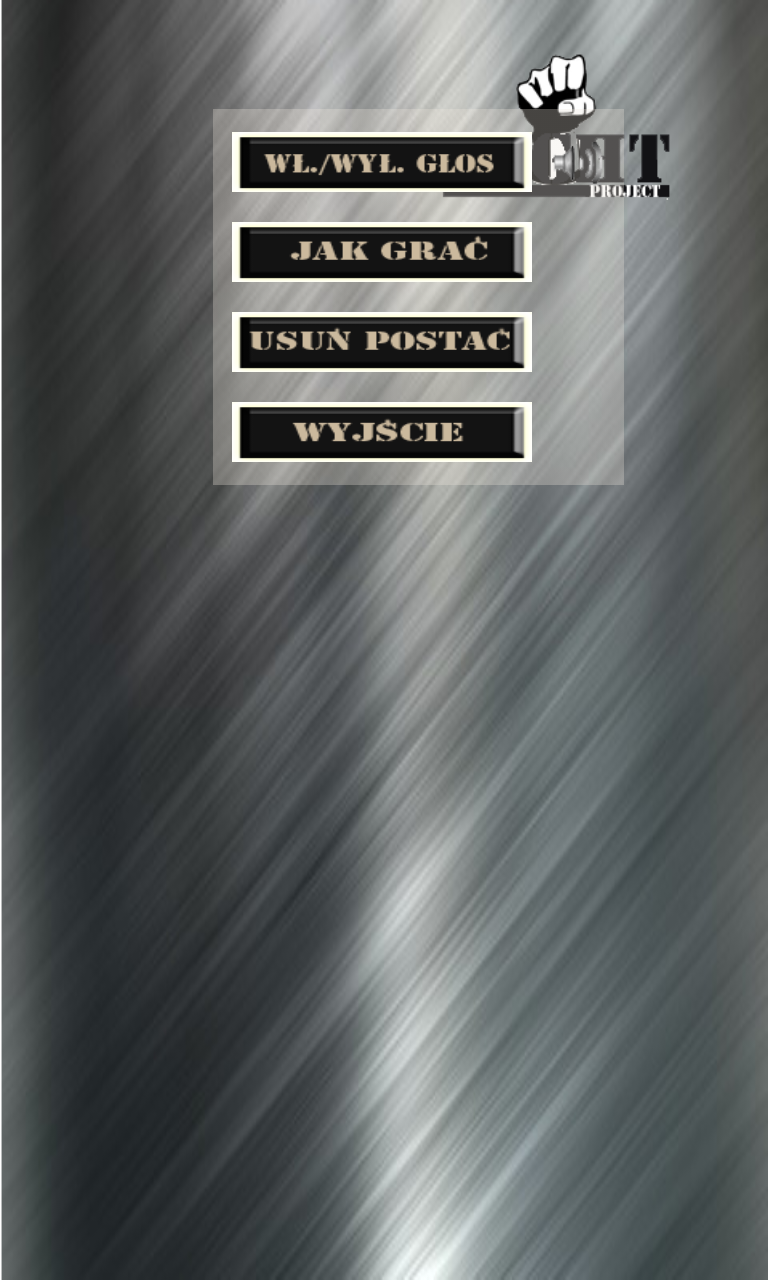
Repository: KrzysztofWolinski/WiesFight_Project
Layout: WiesFight/res/layout/activity_settings.xml
An editor plug-in stored every save of this project. The layout is shown before and after the next save, followed by the edit.
It is drawn on a 768 x 1280 px phone screen (xhdpi) without system bars, with theme AppTheme; the app's code is not run.

Above is the layout before, as saved 2014-11-13 09:25:28.

After the next save:
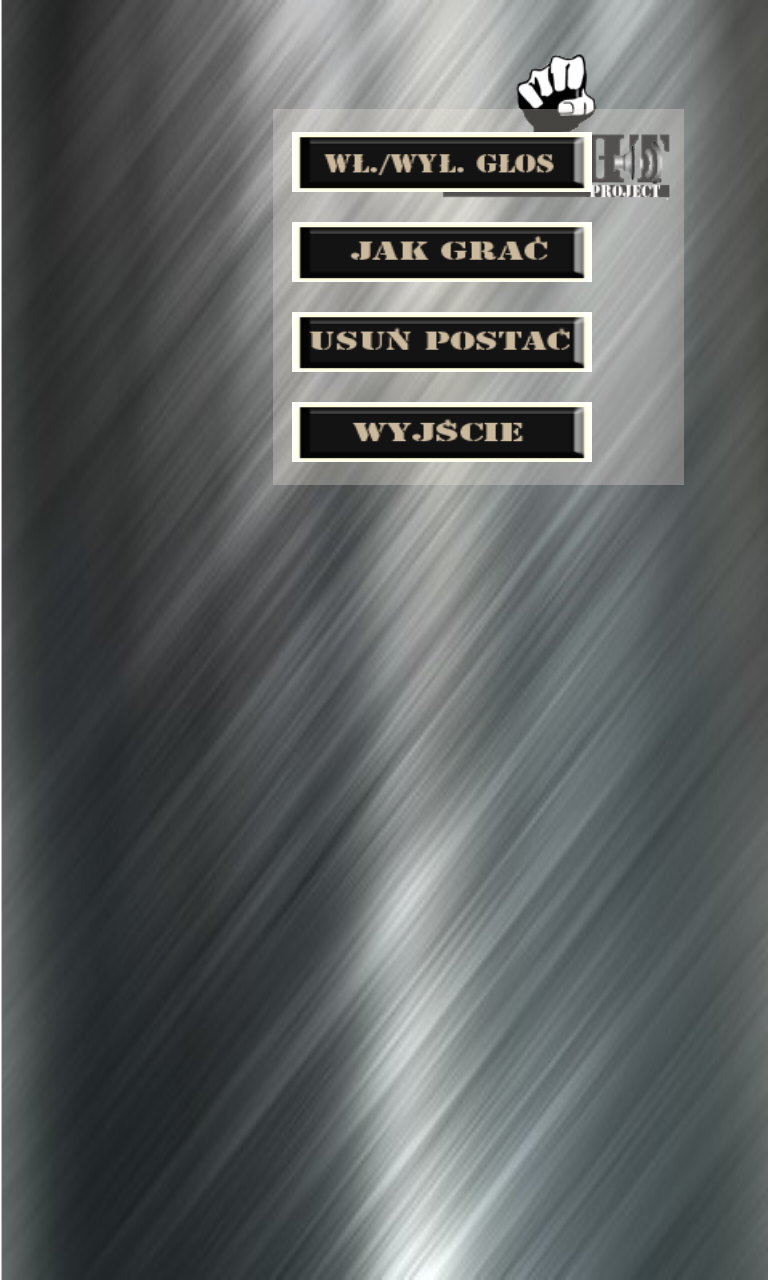
Saved 9 s later.
--- a/WiesFight/res/layout/activity_settings.xml
+++ b/WiesFight/res/layout/activity_settings.xml
@@ -44,7 +44,7 @@
         android:layout_alignParentLeft="true"
         android:layout_alignParentTop="true"
         android:layout_marginTop="50dp"
-        android:layout_marginLeft="100dp"
+        android:layout_marginLeft="130dp"
         android:onClick="switchSound"
         android:background="@drawable/glos" />
 
